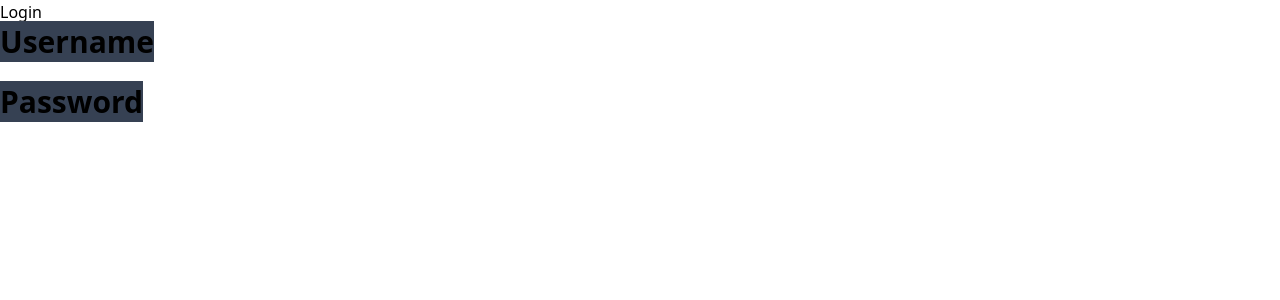
Repository: GabrielF0900/Tarefix
Page: / (app in Frontend/)
An editor plug-in stored every save of this project. The page is shown before and after the next save, followed by the edit.
The browser window is 1280 px wide. The pictures show the whole page.
The project was rebuilt for these pictures with package versions that can differ from the ones it lists, and the page was loaded fresh each time. Also part of the build but not shown: Frontend/vite.config.ts.

Above is the page before, as saved 2025-07-24 17:52:02.

### Frontend/src/main.tsx
import { StrictMode } from 'react'
import { createRoot } from 'react-dom/client'
import './index.css'
import { BrowserRouter } from 'react-router-dom'
import { Routes } from './routes/routes'


createRoot(document.getElementById('root')!).render(
  <StrictMode>
    <BrowserRouter>
      <Routes />
    </BrowserRouter>
  </StrictMode>,
)

### Frontend/src/routes/routes.tsx
//Algoritmo que cuidará de rotas.
import { Login } from '../pages/Login';
import { Route } from 'react-router-dom';
import { Routes as RoutesRoutes } from 'react-router-dom';


export function Routes() {
    return (
            <RoutesRoutes>
                <Route path="/" element={<Login />} />
                {/* Adicione outras rotas aqui conforme necessário */}
            </RoutesRoutes>
    )
    }

### Frontend/src/pages/Login.tsx
import { Input } from "../components/inputs"

export function Login() {
    return (
        <div>
            <h1>Login</h1>
            <Input type="text" label="Username" required/>
            <Input label="Password" type="password" />
        </div>
    )
}

### Frontend/src/components/inputs.tsx
import react from 'react';

export interface InputProps extends react.InputHTMLAttributes<HTMLInputElement> {
    label?: string;
    error?: string;
}

export function Input({label, error, ...rest}: InputProps) {
    return (
        <div>
            {label && <label className='text-3xl bg-gray-700 font-semibold'>{label}</label>}
            <input className='rounded-2xl border-[red] w-full h-full focus:border-[blue]' {...rest} />
            {error && <span>{error}</span>}
        </div>
    )
}

Loaded but not shown: Frontend/index.html (common file); Frontend/src/index.css (common file)

After the next save:
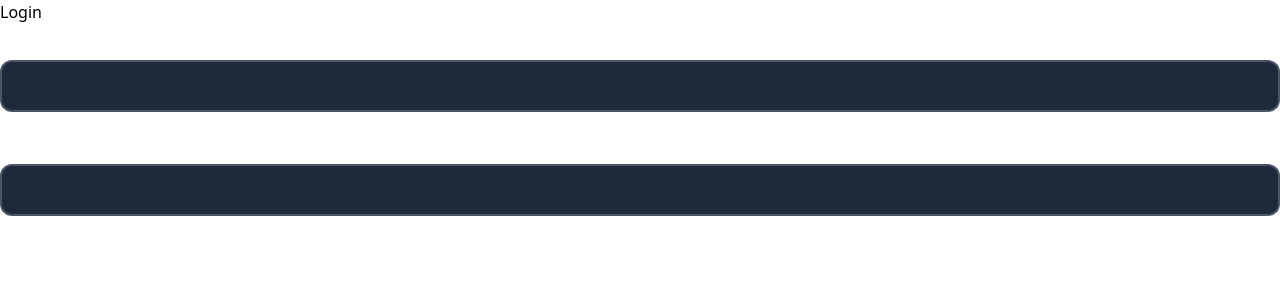
Saved 37 s later.
--- a/Frontend/src/components/inputs.tsx
+++ b/Frontend/src/components/inputs.tsx
@@ -1,16 +1,28 @@
-import react from 'react';
+import React from 'react';
 
-export interface InputProps extends react.InputHTMLAttributes<HTMLInputElement> {
-    label?: string;
-    error?: string;
+export interface InputProps extends React.InputHTMLAttributes<HTMLInputElement> {
+  label?: string;
+  error?: string;
 }
 
-export function Input({label, error, ...rest}: InputProps) {
-    return (
-        <div>
-            {label && <label className='text-3xl bg-gray-700 font-semibold'>{label}</label>}
-            <input className='rounded-2xl border-[red] w-full h-full focus:border-[blue]' {...rest} />
-            {error && <span>{error}</span>}
-        </div>
-    )
+export function Input({ label, error, ...rest }: InputProps) {
+  return (
+    <div className="mb-4">
+      {label && (
+        <label className="block mb-2 text-lg font-medium text-white">
+          {label}
+        </label>
+      )}
+      <input
+        {...rest}
+        className={`
+          w-full px-4 py-3 rounded-xl bg-gray-800 text-white placeholder-gray-400
+          border-2 transition duration-300
+          ${error ? 'border-red-500 focus:border-red-500' : 'border-gray-600 focus:border-blue-500'}
+          focus:outline-none focus:ring-2 focus:ring-blue-500/50
+        `}
+      />
+      {error && <p className="mt-1 text-sm text-red-400">{error}</p>}
+    </div>
+  );
 }
